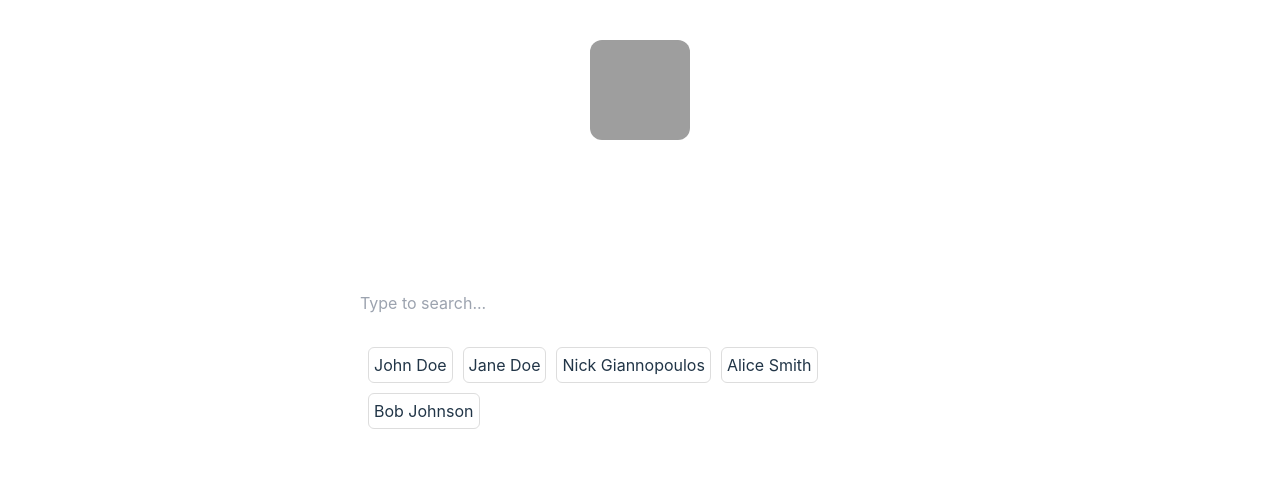
Repository: Ayansaxena24/Chip
Page: /
These files come from the project's save history. The page is drawn as it stood at one moment and after the next save; the edit follows.
The browser window is 1280 px wide. The pictures show the whole page.
Pictures or frames that could not be fetched are drawn as grey boxes. Some web libraries are served in a nearby version. The project was rebuilt for these pictures with package versions that can differ from the ones it lists, and the page was loaded fresh each time. Also part of the build but not shown: vite.config.ts, src/ChipInput.css.

Above is the page before, as saved 2024-01-16 03:58:06.

### index.html
<!doctype html>
<html lang="en">
  <head>
    <meta charset="UTF-8" />
    <link rel="icon" type="image/svg+xml" href="/vite.svg" />
    <meta name="viewport" content="width=device-width, initial-scale=1.0" />
    <script src="https://cdn.tailwindcss.com"></script>    <title>Vite + React + TS</title>
  </head>
  <body>
    <div id="root"></div>
    <script type="module" src="/src/main.tsx"></script>
  </body>
</html>

### src/App.tsx
import { BrowserRouter as Router, Routes, Route } from 'react-router-dom'
import ChipInput from './chipInput'

const App = () => {
  return (
    <Router>
      <Routes>
      <Route path="/" element={<ChipInput />} />
      </Routes>
    </Router>
  )
}

export default App

### src/ChipInput.tsx
// ChipInput.tsx

import React, {
  useState,
  useRef,
  useEffect,
  KeyboardEvent,
  ChangeEvent,
} from "react";
import "./ChipInput.css"; // Import your CSS file (e.g., TailwindCss/SCSS)

interface Chip {
  id: number;
  label: string;
}

const ChipInput: React.FC = () => {
  const [inputValue, setInputValue] = useState<string>("");
  const [chips, setChips] = useState<Chip[]>([]);
  const [filteredItems, setFilteredItems] = useState<string[]>([]);
  const inputRef = useRef<HTMLInputElement>(null);

  const items = [
    "John Doe",
    "Jane Doe",
    "Nick Giannopoulos",
    "Alice Smith",
    "Bob Johnson",
  ];

  useEffect(() => {
    setFilteredItems(
      items.filter((item) => !chips.find((chip) => chip.label === item))
    );
  }, [chips]);

  const handleInputChange = (e: ChangeEvent<HTMLInputElement>) => {
    const value = e.target.value;
    setInputValue(value);

    if (value.trim() === "" && chips.length > 0) {
      highlightLastChip();
    } else {
      setFilteredItems(
        items.filter((item) => item.toLowerCase().includes(value.toLowerCase()))
      );
    }
  };

  const handleChipClick = (item: string) => {
    setChips((prevChips) => [...prevChips, { id: Date.now(), label: item }]);
    setInputValue("");
  };

  const handleChipRemove = (id: number) => {
    setChips((prevChips) => prevChips.filter((chip) => chip.id !== id));
  };

  const handleInputKeyDown = (e: KeyboardEvent<HTMLInputElement>) => {
    if (e.key === "Backspace" && inputValue === "" && chips.length > 0) {
      e.preventDefault();
      const lastChip = chips[chips.length - 1];
      handleChipRemove(lastChip.id);
    }
  };

  const highlightLastChip = () => {
    const lastChip = document.querySelector(".chip:last-child");
    if (lastChip) {
      lastChip.classList.add("highlighted");
    }
  };

  return (
    <div className="w-screen flex justify-center items-center">
      <div className="absolute top-10">
        <img
          src="https://play-lh.googleusercontent.com/tjzK0-TCkXB1zxkmiRr5WNGJxQy87s1RdBx10nqLbdxRIH7bPWxTkH_YiUMbYPFRfmj7=w240-h480-rw"
          alt="Zepto"
          className="w-[100px] h-[100px] rounded-xl "
        />
      </div>
      <div className="flex flex-col w-[80vh]">
        <div className="flex flex-wrap">
          {chips.map((chip) => (
            <div
              key={chip.id}
              className="bg-[#037bfc] text-white rounded-md m-[5px] pr-[30px] pl-[10px] py-[12px] cursor-pointer flex items-center relative"
              onClick={() => handleChipRemove(chip.id)}
            >
              {chip.label}
              <span className="hover:border-white hover:bg-red-600 duration-300 ease-in-out hover:border-2 hover:rounded-md px-1 mx-2 absolute right-0">
                X
              </span>
            </div>
          ))}
          <input
            ref={inputRef}
            type="text"
            value={inputValue}
            onChange={handleInputChange}
            onKeyDown={handleInputKeyDown}
            placeholder="Type to search..."
            className="rounded-md w-full pl-2 py-4"
          />
        </div>
        <ul
          className={`${
            chips.length !== 5
              ? "cursor-pointer p-[5px] m-[5px] border-white rounded-md border-[1px] border-solid flex flex-wrap"
              : ""
          }`}
        >
          {filteredItems.map((item) => (
            <li
              className="cursor-pointer p-[5px] m-[5px] border-[1px] border-[#ddd] rounded-md hover:text-black hover:bg-white duration-300 ease-in-out hover:scale-105"
              key={item}
              onClick={() => handleChipClick(item)}
            >
              {item}
            </li>
          ))}
        </ul>
      </div>
    </div>
  );
};

export default ChipInput;

Loaded but not shown: src/main.tsx (common file); src/index.css (common file)

After the next save:
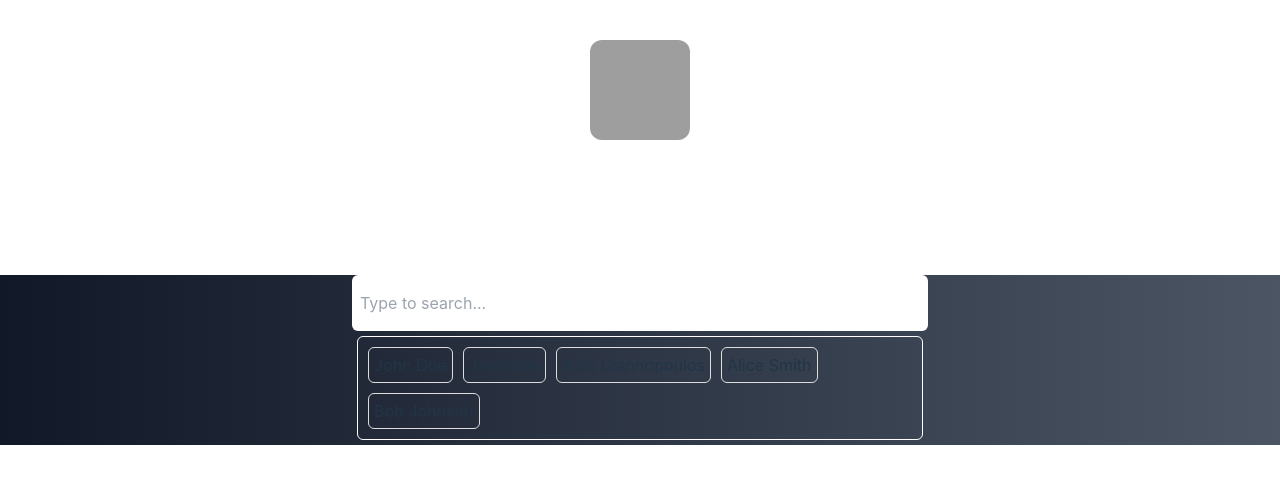
Saved 4 s later.
--- a/src/ChipInput.tsx
+++ b/src/ChipInput.tsx
@@ -72,7 +72,7 @@ const ChipInput: React.FC = () => {
   };
 
   return (
-    <div className="w-screen flex justify-center items-center">
+    <div className="w-screen flex justify-center items-center bg-gradient-to-b from-gray-900 to-gray-600 bg-gradient-to-r">
       <div className="absolute top-10">
         <img
           src="https://play-lh.googleusercontent.com/tjzK0-TCkXB1zxkmiRr5WNGJxQy87s1RdBx10nqLbdxRIH7bPWxTkH_YiUMbYPFRfmj7=w240-h480-rw"
